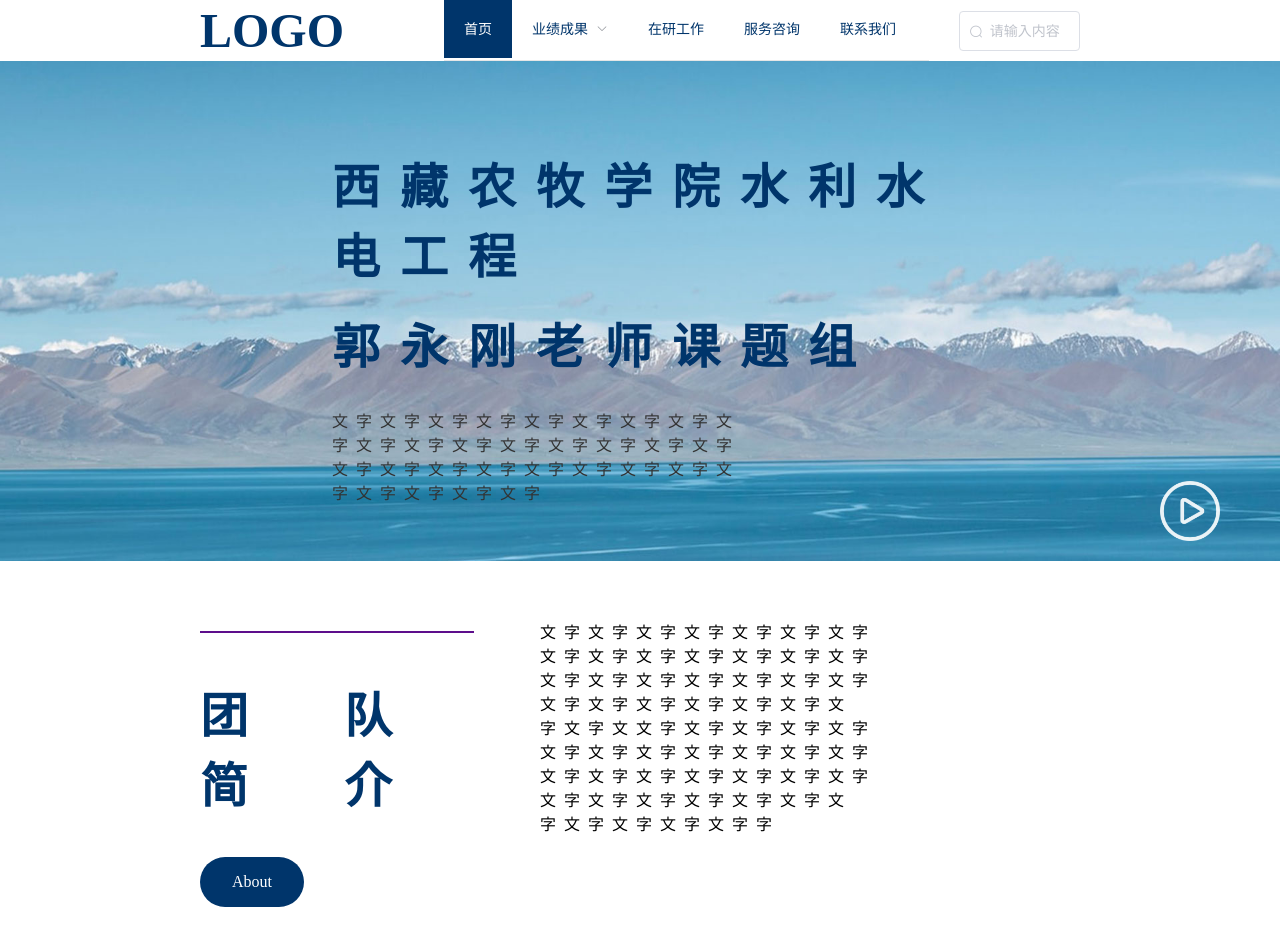
Repository: BLSY/xzust
Page: /
The author's editor kept a copy of each file at every save. The page is drawn from the files as they stood at one save, then again after the next save.
The browser window is 1280 px wide. The pictures show the whole page.
The project was rebuilt for these pictures with package versions that can differ from the ones it lists, and the page was loaded fresh each time.

Above is the page before, as saved 2022-11-27 10:21:10.

### index.html
<!DOCTYPE html>
<html>
  <head>
    <meta charset="utf-8">
    <meta name="viewport" content="width=device-width,initial-scale=1.0">
    <title>student</title>
  </head>
  <body style="margin:0;">
    <div id="app"></div>
    <!-- built files will be auto injected -->
  </body>
</html>

### src/main.js
// The Vue build version to load with the `import` command
// (runtime-only or standalone) has been set in webpack.base.conf with an alias.
import Vue from 'vue'
import App from './App'
import ElementUI from 'element-ui';
import 'element-ui/lib/theme-chalk/index.css';
import router from './router'

Vue.use(ElementUI);
Vue.config.productionTip = false

/* eslint-disable no-new */
new Vue({
  el: '#app',
  router,
  components: { App },
  template: '<App/>'
})

### src/App.vue
<template>
  <div id="app">
    <router-view/>
  </div>
</template>

<script>
export default {
  name: 'App'
}
</script>

<style>
#app {

}
</style>

### src/components/HelloWorld.vue
<template>
  <div class="indexBox">
    <div class="nav">
      <div class="login">LOGO</div>
      <div class="navList">
        <el-menu
          :default-active="activeIndex2"
          class="el-menu-demo"
          mode="horizontal"
          @select="handleSelect"
          background-color="#fff"
          text-color="#00356B"
          active-text-color="#fff"
        >
          <el-menu-item index="1">首页</el-menu-item>
          <el-submenu index="2">
            <template slot="title">业绩成果</template>
            <el-menu-item index="2-1">选项1</el-menu-item>
            <el-menu-item index="2-2">选项2</el-menu-item>
            <el-menu-item index="2-3">选项3</el-menu-item>
          </el-submenu>
          <el-menu-item index="3">在研工作</el-menu-item>
          <el-menu-item index="4">服务咨询</el-menu-item>
          <el-menu-item index="5">联系我们</el-menu-item>
        </el-menu>
      </div>
      <div class="serch">
        <el-input
          placeholder="请输入内容"
          prefix-icon="el-icon-search"
          v-model="input2"
        >
        </el-input>
      </div>
    </div>
    <div class="top">
      <div class="toptext">
        <h3 class="h-text">西藏农牧学院水利水电工程</h3>
        <h3 class="h-text" >郭永刚老师课题组</h3>
        <div class="detil">
          文字文字文字文字文字文字文字文字文字文字文字文字文字文字文字文字文字文字文字文字文字文字文字文字文字文字文字文字文字文字
        </div>

      </div>
      <div class="starvidio">
        </div>
    </div>
    <div class="team">
      <div class="team-left">
        <div class="line"></div>
        <h3 class="team-title">团队简介</h3>
        <div class="team-icon">About</div>
      </div>
      <div class="team-right">
        <div class="right-text">
          文字文字文字文字文字文字文字文字文字文字文字文字文字文字文字文字文字文字文字文字文字文字文字文字文字文字文字文
          字文字文文字文字文字文字文字文字文字文字文字文字文字文字文字文字文字文字文字文字文字文字文字文字文字文字文字文
          字文字文字文字文字字
        </div>

      </div>
    </div>
  </div>
</template>

<script>
export default {
  name: "HelloWorld",
  data() {
    return {
      activeIndex2: "1",
      input2: "",
    };
  },
  props: {
    msg: String,
  },
  methods: {
    handleSelect(key, keyPath) {
      console.log(key, keyPath);
    },
  },
};
</script>

<!-- Add "scoped" attribute to limit CSS to this component only -->
<style scoped >
*{
  list-style: none;
}
h3{
  margin: 0;
  padding: 0;
  margin: 10px 0;
}
html{
  font-size: 16px;
}
.indexBox {
  width: 100%;
  height: 100%;
  position: relative;
  box-sizing: border-box;
}
.nav {
  display: flex;
  align-items: center;
  justify-content: center;
  padding: 0 200px;
}
.login {
  flex: 1;
  display: inline-block;
  font-size: 3em;
  font-weight: bold;
  color: #00356B;
  font-family: MicrosoftYaHei;
  margin-right: 100px;
}
.navList{
  flex: 4;
  display: inline-block;
  min-width:55%;
  font-size: 2em;
}
.serch{
  flex: 1;
  display: inline-block;
  margin-left:30px ;
}
.el-menu-item.is-active{
  background: #00356B !important;
}
.top{
  box-sizing: border-box;
  background: url(../assets/topbackg.jpg) no-repeat;
  background-size:100% 100% ;
  position: relative;
  height: 500px;
  display: flex;
  align-items: center;
  justify-content: center;
  /* text-align: center; */
  overflow: hidden;
  padding: 0 200px;
}
  .toptext{
    display: inline-block;
    margin-top: 20px;
    width: 70%;
    text-align: left;
  }
  .h-text{
    display: inline-block;
    color: #00356B;
    font-size: 3em;
    letter-spacing:20px;
  }
  .detil{
    margin-top: 20px;
    display: inline-block;
    width:70%;
    font-size: 1em;
    text-align: left;
    letter-spacing: 0.5em;
    color:#333;
  }
  .starvidio{
    background: url(../assets/bapfang.png) no-repeat;
    background-size:100% 100% ;
    position: absolute;
    bottom: 20px;
    right: 60px;
    height: 60px;
    width: 60px;
  }
  .team{
    height: 366px;
    display: flex;
    flex-direction: row;
    align-items: center;
    justify-content: space-between;
    padding: 0 200px;
  }
  .team-left{
    height: 250px;
    flex: 1;
    text-align: cente;
    display: inline-block;
    vertical-align: top;
  }
  .team-right{
    height: 250px;
    flex: 1;
    padding-right:200px ;
    display: inline-block;
    vertical-align: top;
  }
  .right-text{
    text-align: left;
   letter-spacing:0.5em;
  }
  .team-title{
    color: #00356B;
    font-size: 3em;
    letter-spacing:2em;
    margin: 40px 0;
  }
  .line{
    display: inline-block;
    margin: auto;
    width: 80%;
    border: 1px solid #5D0E8B;
  }
  .team-icon{
    text-align: center;
    width: 104px;
    height: 50px;
    line-height: 50px;
    color: #fff;
    font-size: 1em;
    background: #00356B;
    border-radius: 25px;
  }
</style>

Loaded but not shown: src/router/index.js (common file)

After the next save:
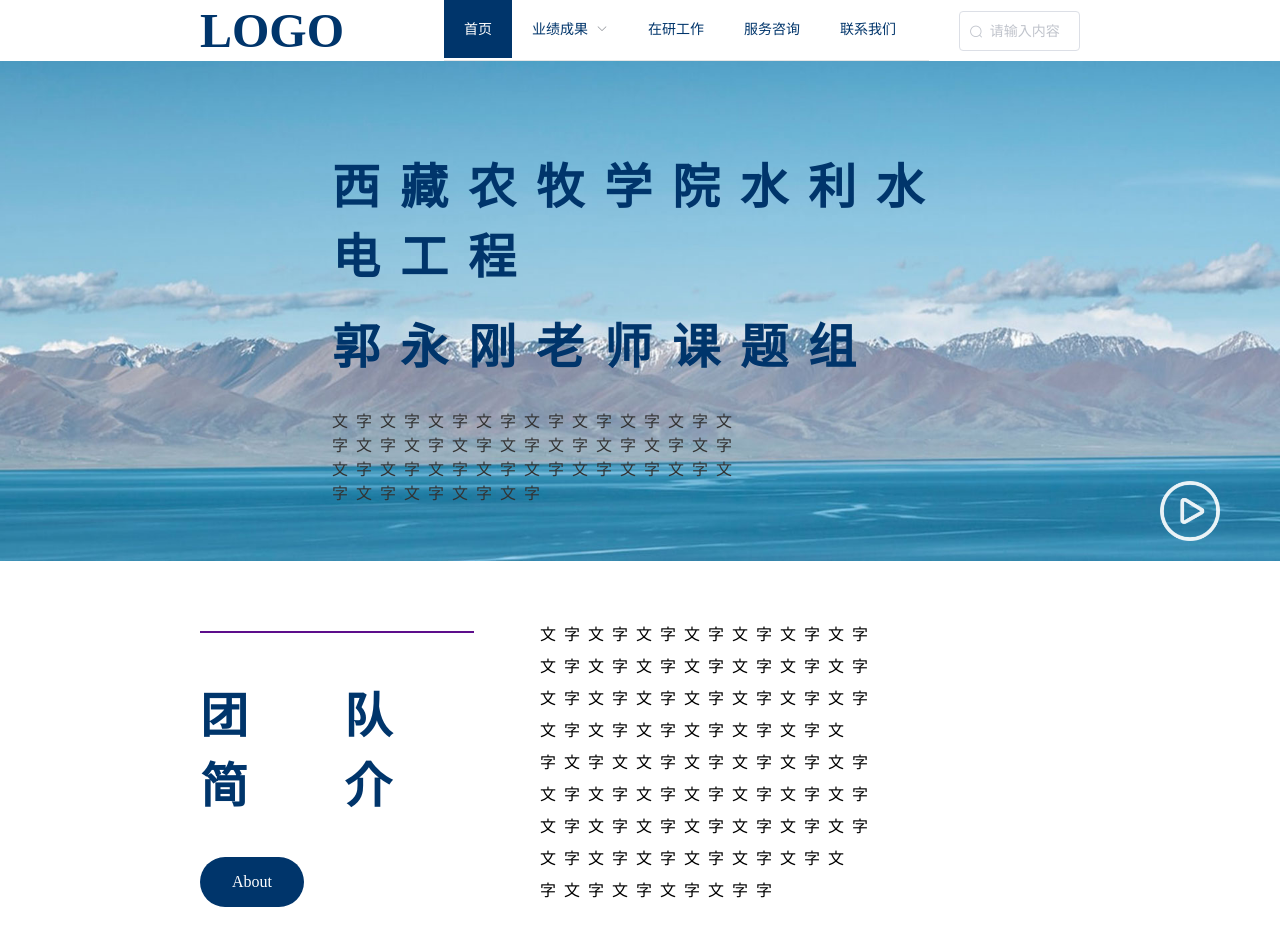
Saved 76 s later.
--- a/src/components/HelloWorld.vue
+++ b/src/components/HelloWorld.vue
@@ -199,6 +199,7 @@ html{
   .right-text{
     text-align: left;
    letter-spacing:0.5em;
+   line-height: 2em;
   }
   .team-title{
     color: #00356B;
